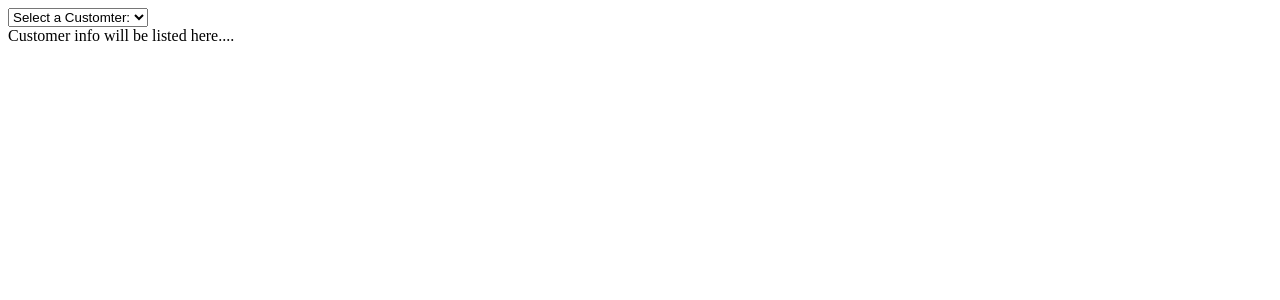
Repository: SravyaChunduri/workspace
Page: http://localhost/AJAXDemo/showCustomers.jsp
An editor plug-in stored every save of this project. The page is shown before and after the next save, followed by the edit.
The browser window is 1280 px wide. The pictures show the whole page.
The page is served by Tomcat 9.

Above is the page before, as saved 2015-08-17 06:55:39.

After the next save:
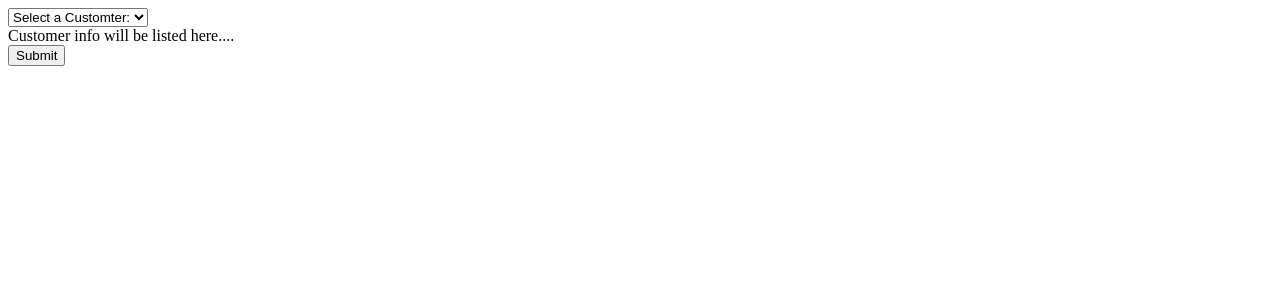
Saved 32 min 39 s later.
--- a/AJAXDemo/WebContent/showCustomers.jsp
+++ b/AJAXDemo/WebContent/showCustomers.jsp
@@ -39,7 +39,7 @@ xmlhttp.send();
 </head>
 <body>
 
-<form action="">
+<form action="addEmployee">
 <select name="customers" onchange="showCustomers(this.value)">
 <option value="">Select a Customter:</option>
 <option value="SCOTT">scott</option>
@@ -48,6 +48,8 @@ xmlhttp.send();
 <option value="Turner">Turner</option>
 </select>
 <div id="txtHint">Customer info will be listed here....</div>
+<input type="submit" name="add">
+
 </form>
 
 </body>
